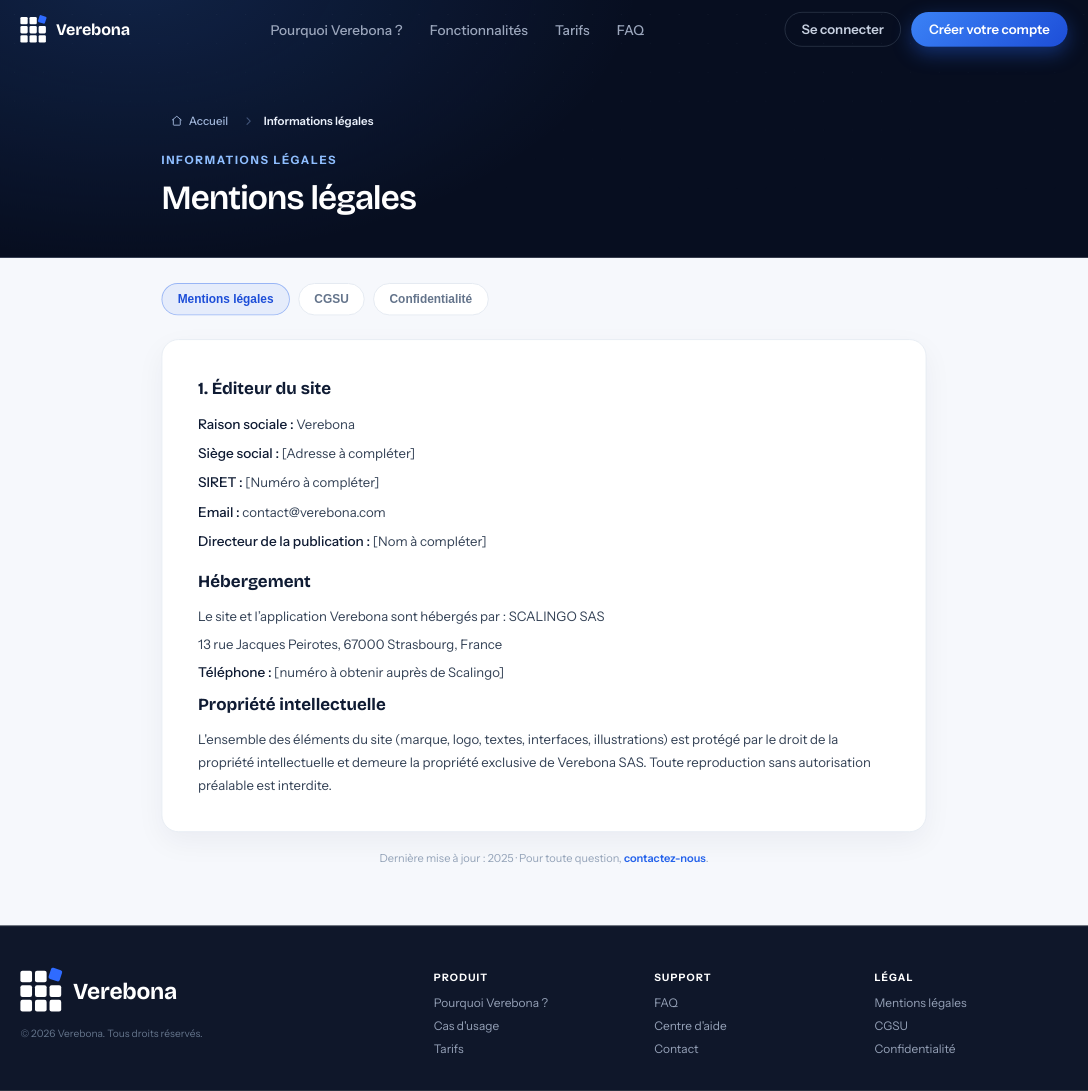
Repository: AdminVerebona/verebona-public
Page: /mentions-legales
An editor plug-in stored every save of this project. The page is shown before and after the next save, followed by the edit.
The browser window is 1280 px wide. The pictures show the whole page, at 85% of full size.
The project was rebuilt for these pictures with package versions that can differ from the ones it lists, and the page was loaded fresh each time. Also part of the build but not shown: next.config.mjs, vite.config.js, vite.config.ts, src/composables/useLanding.ts, src/sections/HeroSection.vue, src/sections/WhySection.vue, src/sections/UseCasesSection.vue, src/sections/FeaturesSection.vue and 6 more.

Above is the page before, as saved 2026-07-10 15:13:50.

### index.html
<!doctype html>
<html lang="fr">
  <head>
    <meta charset="UTF-8" />
    <meta name="viewport" content="width=device-width, initial-scale=1.0" />
    <title>Verebona — Centralisez, organisez, valorisez vos biens</title>
    <meta
      name="description"
      content="Verebona centralise vos biens, documents et échéances pour les retrouver facilement, anticiper les dates importantes et valoriser vos biens le moment venu."
    />
  </head>
  <body>
    <div id="app"></div>
    <script type="module" src="/src/main.ts"></script>
  </body>
</html>

### src/main.ts
import { createApp } from 'vue'
import App from './App.vue'
import router from './router'
import { vHover } from './directives/hover'
import './style.css'

createApp(App)
  .use(router)
  .directive('hover', vHover)
  .mount('#app')

### src/App.vue
<template>
  <div style="background:#070E20;color:#EAF0FB;overflow-x:hidden;min-height:100vh">
    <AppHeader />
    <router-view />
    <AppFooter />
  </div>
</template>

<script setup lang="ts">
import { onMounted, watch, nextTick } from 'vue'
import { useRoute } from 'vue-router'
import AppHeader from './components/AppHeader.vue'
import AppFooter from './components/AppFooter.vue'
import { useScrollReveal } from './composables/useScrollReveal'

const route = useRoute()
const { scan } = useScrollReveal()

onMounted(() => { scan() })

// Re-scan reveal targets whenever the route (page) changes.
watch(
  () => route.fullPath,
  () => { nextTick(() => setTimeout(scan, 60)) },
)
</script>

### src/router/index.ts
import { createRouter, createWebHistory } from 'vue-router'
import HomeView from '../views/HomeView.vue'

const routes = [
  { path: '/', name: 'home', component: HomeView },
  { path: '/aide', name: 'help', component: () => import('../views/HelpView.vue') },
  { path: '/contact', name: 'contact', component: () => import('../views/ContactView.vue') },
  { path: '/mentions-legales', name: 'legal-mentions', component: () => import('../views/LegalView.vue') },
  { path: '/cgu', name: 'legal-cgu', component: () => import('../views/LegalView.vue') },
  { path: '/confidentialite', name: 'legal-confid', component: () => import('../views/LegalView.vue') },
  { path: '/:pathMatch(.*)*', name: 'not-found', component: () => import('../views/NotFoundView.vue') },
]

const router = createRouter({
  history: createWebHistory(),
  routes,
  scrollBehavior(to) {
    if (to.hash) return { el: to.hash, behavior: 'smooth' }
    return { top: 0 }
  },
})

export default router

### src/directives/hover.ts
import type { Directive } from 'vue'

/**
 * v-hover — applies a set of inline styles while the pointer is over the
 * element, and restores the previous values on leave. Reproduces the
 * `style-hover` behaviour of the design prototype.
 *
 * Usage:  <a v-hover="{ color: '#fff', transform: 'translateY(-1px)' }">
 */
type HoverStyles = Record<string, string>

interface HoverEl extends HTMLElement {
  __hoverEnter?: () => void
  __hoverLeave?: () => void
}

export const vHover: Directive<HoverEl, HoverStyles> = {
  mounted(el, binding) {
    const styles = binding.value || {}
    const original: HoverStyles = {}

    const enter = () => {
      for (const key in styles) {
        original[key] = (el.style as any)[key]
        ;(el.style as any)[key] = styles[key]
      }
    }
    const leave = () => {
      for (const key in styles) {
        ;(el.style as any)[key] = original[key] || ''
      }
    }

    el.__hoverEnter = enter
    el.__hoverLeave = leave
    el.addEventListener('mouseenter', enter)
    el.addEventListener('mouseleave', leave)
  },
  unmounted(el) {
    if (el.__hoverEnter) el.removeEventListener('mouseenter', el.__hoverEnter)
    if (el.__hoverLeave) el.removeEventListener('mouseleave', el.__hoverLeave)
  },
}

### src/style.css
/* ============================================================
   Verebona — global styles
   Fonts, resets, scroll-reveal animation, responsive rules.
   All component-level styling is inline in the .vue templates
   (ported 1:1 from the validated design prototype).
   ============================================================ */

@import url('https://fonts.googleapis.com/css2?family=Bricolage+Grotesque:opsz,wght@12..96,400;12..96,500;12..96,600;12..96,700&family=Instrument+Sans:wght@400;500;600;700&family=Space+Mono:wght@400;700&display=swap');

* { box-sizing: border-box; }
html, body { margin: 0; padding: 0; }
body {
  font-family: 'Instrument Sans', system-ui, sans-serif;
  -webkit-font-smoothing: antialiased;
  background: #070E20;
}
h1, h2, h3, h4 { font-family: 'Bricolage Grotesque', sans-serif; margin: 0; }
p { margin: 0; }
a { text-decoration: none; color: inherit; }
a:hover { color: inherit; }

@keyframes vb-float { 0%, 100% { transform: translateY(0); } 50% { transform: translateY(-14px); } }
@keyframes vb-float-s { 0%, 100% { transform: translateY(0); } 50% { transform: translateY(-9px); } }
@keyframes vb-marquee { 0% { transform: translateX(0); } 100% { transform: translateX(-50%); } }

section[id] { scroll-margin-top: 82px; }

/* Scroll reveal */
.vb-reveal,
.vb-rgroup > * {
  transition: opacity .8s cubic-bezier(.16, 1, .3, 1), transform .8s cubic-bezier(.16, 1, .3, 1);
  will-change: opacity, transform;
}
.vb-anim .vb-reveal,
.vb-anim .vb-rgroup > * { opacity: 0; transform: translateY(40px) scale(.985); }
.vb-reveal.vb-in,
.vb-rgroup > .vb-in { opacity: 1 !important; transform: none !important; }
@media (prefers-reduced-motion: reduce) {
  .vb-reveal,
  .vb-rgroup > * { opacity: 1 !important; transform: none !important; transition: none !important; }
}

/* Responsive */
.r-burger, .r-mobile-menu { display: none; }
@media (max-width: 860px) {
  h1 { font-size: 37px !important; line-height: 1.08 !important; }
  h2 { font-size: 26px !important; line-height: 1.22 !important; }
  .r-nav, .r-hide-m, .r-dots, .r-browser { display: none !important; }
  .r-burger { display: inline-flex !important; }
  .r-mobile-menu { display: flex !important; }
  .r-hero, .r-2, .r-2b, .r-3, .r-4, .r-cta { grid-template-columns: 1fr !important; }
  .r-contact { grid-template-columns: 1fr !important; }
  .r-footer { grid-template-columns: 1fr 1fr !important; gap: 24px !important; }
  .r-mock { flex-direction: column !important; align-items: center !important; gap: 0 !important; }
  .r-uc { flex-direction: column !important; }
  .r-uc-panel { min-width: 0 !important; padding: 22px 20px !important; }
  .r-2 { grid-template-columns: 1fr !important; }
  .r-tri { grid-template-columns: 1fr !important; }
}

### src/composables/useScrollReveal.ts
/**
 * Scroll-reveal: adds `.vb-in` to `.vb-reveal` / `.vb-rgroup` elements as they
 * enter the viewport (staggering the children of a group). Ported from the
 * prototype's IntersectionObserver logic. Honours prefers-reduced-motion and
 * has a safety timeout so content is never left hidden.
 */
let io: IntersectionObserver | null = null

const reduce =
  typeof window !== 'undefined' &&
  !!window.matchMedia &&
  window.matchMedia('(prefers-reduced-motion: reduce)').matches

if (!reduce && typeof document !== 'undefined') {
  document.documentElement.classList.add('vb-anim')
}

function revealAll() {
  document.querySelectorAll('.vb-reveal').forEach((e) => e.classList.add('vb-in'))
  document.querySelectorAll('.vb-rgroup > *').forEach((e) => e.classList.add('vb-in'))
}

function ensureObserver() {
  if (io || reduce || typeof window === 'undefined' || !('IntersectionObserver' in window)) return
  io = new IntersectionObserver(
    (entries) => {
      entries.forEach((entry) => {
        if (!entry.isIntersecting) return
        const el = entry.target as HTMLElement
        io!.unobserve(el)
        if (el.classList.contains('vb-rgroup')) {
          Array.from(el.children).forEach((c, i) => {
            ;(c as HTMLElement).style.transitionDelay = i * 90 + 'ms'
            c.classList.add('vb-in')
          })
        } else {
          el.classList.add('vb-in')
        }
      })
    },
    { threshold: 0.12, rootMargin: '0px 0px -8% 0px' },
  )
}

export function useScrollReveal() {
  function scan() {
    if (reduce || typeof window === 'undefined' || !('IntersectionObserver' in window)) {
      revealAll()
      return
    }
    ensureObserver()
    document.querySelectorAll('.vb-reveal, .vb-rgroup').forEach((el) => io!.observe(el))
    // Safety net: never leave content hidden.
    window.setTimeout(revealAll, 2200)
  }
  return { scan }
}

### src/views/LegalView.vue
<template>
<section style="position:relative;padding:128px 24px 48px;overflow:hidden;background:radial-gradient(1000px 560px at 12% -10%,rgba(59,130,246,.18),transparent 60%),#070E20">
  <div style="position:absolute;inset:0;background-image:radial-gradient(rgba(148,163,184,.09) 1px,transparent 1px);background-size:34px 34px;-webkit-mask-image:linear-gradient(to bottom,#000,transparent 85%);mask-image:linear-gradient(to bottom,#000,transparent 85%);pointer-events:none"></div>
  <div style="max-width:900px;margin:0 auto;position:relative">
    <nav aria-label="Fil d'Ariane" style="margin-bottom:24px"><ol style="display:flex;align-items:center;gap:6px;list-style:none;margin:0;padding:0;font-size:13.5px"><li style="display:flex;align-items:center"><a href="#" @click.prevent="goHome" style="display:inline-flex;align-items:center;gap:7px;color:#9FB4D8;font-weight:500;padding:6px 11px;border-radius:9px;cursor:pointer;transition:color .15s,background .15s" v-hover="{color:'#fff',background:'rgba(255,255,255,.06)'}"><svg width="14" height="14" viewBox="0 0 24 24" fill="none" stroke="currentColor" stroke-width="1.9" stroke-linecap="round" stroke-linejoin="round"><path d="M3 10.5 12 3l9 7.5"/><path d="M5 9.5V20a1 1 0 0 0 1 1h12a1 1 0 0 0 1-1V9.5"/></svg>Accueil</a></li><li aria-hidden="true" style="display:flex;color:#42557A"><svg width="15" height="15" viewBox="0 0 24 24" fill="none" stroke="currentColor" stroke-width="2" stroke-linecap="round" stroke-linejoin="round"><path d="M9 6l6 6-6 6"/></svg></li><li aria-current="page" style="color:#EAF0FB;font-weight:600;padding:6px 4px">{{ crumbLabel }}</li></ol></nav>
    <div style="font-size:13.5px;letter-spacing:.15em;text-transform:uppercase;font-weight:800;color:#8FBEFF;margin-bottom:16px">Informations légales</div>
    <h1 style="font-size:40px;line-height:1.08;font-weight:600;letter-spacing:-.025em;color:#fff">{{ legalTitle }}</h1>
  </div>
</section>
<section style="background:#F6F8FC;padding:30px 24px 72px">
  <div style="max-width:900px;margin:0 auto">
    <div style="display:flex;flex-wrap:wrap;gap:10px;margin-bottom:28px">
      <button type="button" :style="legalMentionsStyle" @click.prevent="goMentions">Mentions légales</button>
      <button type="button" :style="legalCGUStyle" @click.prevent="goCGU">CGSU</button>
      <button type="button" :style="legalConfidStyle" @click.prevent="goConfid">Confidentialité</button>
    </div>
    <div style="background:#fff;border:1px solid #E6EBF3;border-radius:20px;padding:40px 42px;box-shadow:0 12px 34px rgba(15,27,51,.05)">
      <template v-if="isMentions">
        <div style="font-size:15.5px;line-height:1.75;color:#334155">
          <h2 style="font-size:20px;font-weight:700;color:#0F1B33;font-family:'Bricolage Grotesque',sans-serif;margin:0 0 10px">1. Éditeur du site</h2>
          <p style="margin:0 0 6px"><span style="font-size:16px;font-weight:500;color:#0F1B33">Raison sociale :</span> Verebona</p>
          <p style="margin:0 0 6px"><span style="font-size:16px;font-weight:500;color:#0F1B33">Siège social :</span> [Adresse à compléter]</p>
          <p style="margin:0 0 6px"><span style="font-size:16px;font-weight:500;color:#0F1B33">SIRET :</span> [Numéro à compléter]</p>
          <p style="margin:0 0 6px"><span style="font-size:16px;font-weight:500;color:#0F1B33">Email :</span> contact@verebona.com</p>
          <p style="margin:0 0 16px"><span style="font-size:16px;font-weight:500;color:#0F1B33">Directeur de la publication :</span> [Nom à compléter]</p>
          <h2 style="font-size:20px;font-weight:700;color:#0F1B33;font-family:'Bricolage Grotesque',sans-serif;margin:0 0 10px">Hébergement</h2>
          <p style="margin:0 0 6px">Le site et l’application Verebona sont hébergés par : SCALINGO SAS</p>

<p style="margin:0 0 6px">13 rue Jacques Peirotes, 67000 Strasbourg, France</p>

<p style="margin:0 0 6px"><span style="font-size:16px;font-weight:500;color:#0F1B33">Téléphone :</span> [numéro à obtenir auprès de Scalingo]</p>
          <h2 style="font-size:20px;font-weight:700;color:#0F1B33;font-family:'Bricolage Grotesque',sans-serif;margin:0 0 10px">Propriété intellectuelle</h2>
          <p style="margin:0">L'ensemble des éléments du site (marque, logo, textes, interfaces, illustrations) est protégé par le droit de la propriété intellectuelle et demeure la propriété exclusive de Verebona SAS. Toute reproduction sans autorisation préalable est interdite.</p>
        </div>
      </template>
      <template v-if="isCGU">
        <div style="font-size:15.5px;line-height:1.75;color:#334155">
          <h2 style="font-size:20px;font-weight:700;color:#0F1B33;font-family:'Bricolage Grotesque',sans-serif;margin:0 0 10px">1. Objet</h2>
          <p style="margin:0 0 22px">Les présentes conditions générales de service et d'utilisation (CGSU) définissent les modalités d'accès et d'utilisation de la plateforme Verebona, service de centralisation et d'organisation documentaire du patrimoine.</p>
          <h2 style="font-size:20px;font-weight:700;color:#0F1B33;font-family:'Bricolage Grotesque',sans-serif;margin:0 0 10px">2. Compte et abonnement</h2>
          <p style="margin:0 0 22px">L'accès au service nécessite la création d'un compte et la souscription d'une offre. L'utilisateur s'engage à fournir des informations exactes et à préserver la confidentialité de ses identifiants.</p>
          <h2 style="font-size:20px;font-weight:700;color:#0F1B33;font-family:'Bricolage Grotesque',sans-serif;margin:0 0 10px">3. Nature du service</h2>
          <p style="margin:0 0 22px">Verebona est une plateforme d'organisation. Les documents importés ne sont ni certifiés, ni validés, ni garantis juridiquement. L'utilisateur reste seul responsable de l'exactitude des informations qu'il enregistre.</p>
          <h2 style="font-size:20px;font-weight:700;color:#0F1B33;font-family:'Bricolage Grotesque',sans-serif;margin:0 0 10px">4. Responsabilités</h2>
          <p style="margin:0 0 22px">Verebona met en œuvre les moyens raisonnables pour assurer la disponibilité et la sécurité du service, sans obligation de résultat concernant une disponibilité ininterrompue.</p>
          <h2 style="font-size:20px;font-weight:700;color:#0F1B33;font-family:'Bricolage Grotesque',sans-serif;margin:0 0 10px">5. Résiliation</h2>
          <p style="margin:0">L'utilisateur peut résilier son abonnement à tout moment. Des modalités de récupération des données sont prévues afin d'éviter tout verrouillage à la fin du contrat.</p>
        </div>
      </template>
      <template v-if="isConfid">
        <div style="font-size:15.5px;line-height:1.75;color:#334155">
          <h2 style="font-size:20px;font-weight:700;color:#0F1B33;font-family:'Bricolage Grotesque',sans-serif;margin:0 0 10px">Données collectées</h2>
          <p style="margin:0 0 22px">Verebona collecte les données nécessaires au fonctionnement du service : informations de compte, contenus importés (fiches de biens, documents) et données d'usage strictement utiles à l'amélioration du service.</p>
          <h2 style="font-size:20px;font-weight:700;color:#0F1B33;font-family:'Bricolage Grotesque',sans-serif;margin:0 0 10px">Finalités</h2>
          <p style="margin:0 0 22px">Les données sont traitées pour fournir le service, assurer la sécurité, et répondre aux obligations légales. Elles ne sont jamais cédées à des tiers à des fins commerciales.</p>
          <h2 style="font-size:20px;font-weight:700;color:#0F1B33;font-family:'Bricolage Grotesque',sans-serif;margin:0 0 10px">Sécurité</h2>
          <p style="margin:0 0 22px">Vos données sont chiffrées lors du stockage et des échanges, et hébergées sur une infrastructure sécurisée au sein de l'Union européenne.</p>
          <h2 style="font-size:20px;font-weight:700;color:#0F1B33;font-family:'Bricolage Grotesque',sans-serif;margin:0 0 10px">Vos droits</h2>
          <p style="margin:0">Conformément au RGPD, vous disposez d'un droit d'accès, de rectification, de portabilité et de suppression de vos données. Pour exercer ces droits, écrivez à contact@verebona.com.</p>
        </div>
      </template>
    </div>
    <p style="font-size:13px;color:#94A3B8;margin-top:22px;text-align:center">Dernière mise à jour : 2025 · Pour toute question, <a href="#" @click.prevent="goContact" style="color:#2563EB;font-weight:600">contactez-nous</a>.</p>
  </div>
</section>
</template>

<script setup lang="ts">
import { useLegal } from '../composables/useLegal'
import { useNav } from '../composables/useNav'
const { isMentions, isCGU, isConfid, legalTitle, legalMentionsStyle, legalCGUStyle, legalConfidStyle, crumbLabel } = useLegal()
const { goHome, goContact, goMentions, goCGU, goConfid } = useNav()
</script>

### src/composables/useNav.ts
import { ref, computed, nextTick } from 'vue'
import { useRouter, useRoute } from 'vue-router'

// Shared across header + footer + mobile menu.
const menuOpen = ref(false)

/**
 * useNav — header/footer navigation. Page links use vue-router; the four
 * in-page section links (Pourquoi / Fonctionnalités / Tarifs / FAQ) route to
 * home first if needed, then smooth-scroll to the anchor.
 */
export function useNav() {
  const router = useRouter()
  const route = useRoute()

  const toggleMenu = () => { menuOpen.value = !menuOpen.value }
  const closeMenu = () => { menuOpen.value = false }

  function scrollToId(id: string) {
    const el = document.getElementById(id)
    if (el && el.scrollIntoView) {
      try { el.scrollIntoView({ behavior: 'smooth', block: 'start' }) } catch { /* noop */ }
    }
  }
  function goToAnchor(id: string) {
    closeMenu()
    if (route.path !== '/') {
      router.push('/').then(() => nextTick(() => setTimeout(() => scrollToId(id), 80)))
    } else {
      scrollToId(id)
    }
  }

  const goHome = () => { closeMenu(); router.push('/') }
  const goAide = () => { closeMenu(); router.push('/aide') }
  const goContact = () => { closeMenu(); router.push('/contact') }
  const goMentions = () => { closeMenu(); router.push('/mentions-legales') }
  const goCGU = () => { closeMenu(); router.push('/cgu') }
  const goConfid = () => { closeMenu(); router.push('/confidentialite') }

  const navPourquoi = () => goToAnchor('pourquoi')
  const navFeatures = () => goToAnchor('features')
  const navPricing = () => goToAnchor('pricing')
  const navFaq = () => goToAnchor('faq')
  const navCasUsage = () => goToAnchor('cas-usage')

  const burgerBase = 'display:block;width:20px;height:2px;border-radius:2px;background:#fff;transition:transform .25s,opacity .25s;'
  const burgerTop = computed(() => burgerBase + 'transform:' + (menuOpen.value ? 'translateY(6px) rotate(45deg)' : 'none'))
  const burgerMid = computed(() => burgerBase + 'opacity:' + (menuOpen.value ? '0' : '1'))
  const burgerBot = computed(() => burgerBase + 'transform:' + (menuOpen.value ? 'translateY(-6px) rotate(-45deg)' : 'none'))

  return {
    menuOpen, toggleMenu, closeMenu,
    goHome, goAide, goContact, goMentions, goCGU, goConfid,
    navPourquoi, navFeatures, navPricing, navFaq, navCasUsage,
    burgerTop, burgerMid, burgerBot,
  }
}

### src/composables/useLegal.ts
import { computed } from 'vue'
import { useRoute } from 'vue-router'

/**
 * Legal page — a single view with three tabs (mentions / cgu / confid),
 * each mapped to its own route so they are independently linkable & indexable:
 *   /mentions-legales   /cgu   /confidentialite
 */
export function useLegal() {
  const route = useRoute()

  const tab = computed<'mentions' | 'cgu' | 'confid'>(() => {
    if (route.path.includes('cgu')) return 'cgu'
    if (route.path.includes('confidentialite')) return 'confid'
    return 'mentions'
  })

  const isMentions = computed(() => tab.value === 'mentions')
  const isCGU = computed(() => tab.value === 'cgu')
  const isConfid = computed(() => tab.value === 'confid')

  const legalTitle = computed(() =>
    tab.value === 'cgu'
      ? "Conditions générales de service et d'utilisation"
      : tab.value === 'confid'
        ? 'Politique de confidentialité'
        : 'Mentions légales',
  )

  const tabStyle = (a: boolean) =>
    `padding:10px 18px;border-radius:999px;font-size:14px;font-weight:600;cursor:pointer;border:1px solid ${a ? 'rgba(37,99,235,.4)' : '#E2E8F0'};background:${a ? 'rgba(37,99,235,.08)' : '#fff'};color:${a ? '#1D4ED8' : '#64748B'};transition:all .15s`

  const legalMentionsStyle = computed(() => tabStyle(isMentions.value))
  const legalCGUStyle = computed(() => tabStyle(isCGU.value))
  const legalConfidStyle = computed(() => tabStyle(isConfid.value))

  return {
    isMentions, isCGU, isConfid, legalTitle,
    legalMentionsStyle, legalCGUStyle, legalConfidStyle,
    crumbLabel: 'Informations légales',
  }
}

Loaded but not shown: src/components/AppHeader.vue (68 lines, source omitted); src/components/AppFooter.vue (21 lines, source omitted)

After the next save:
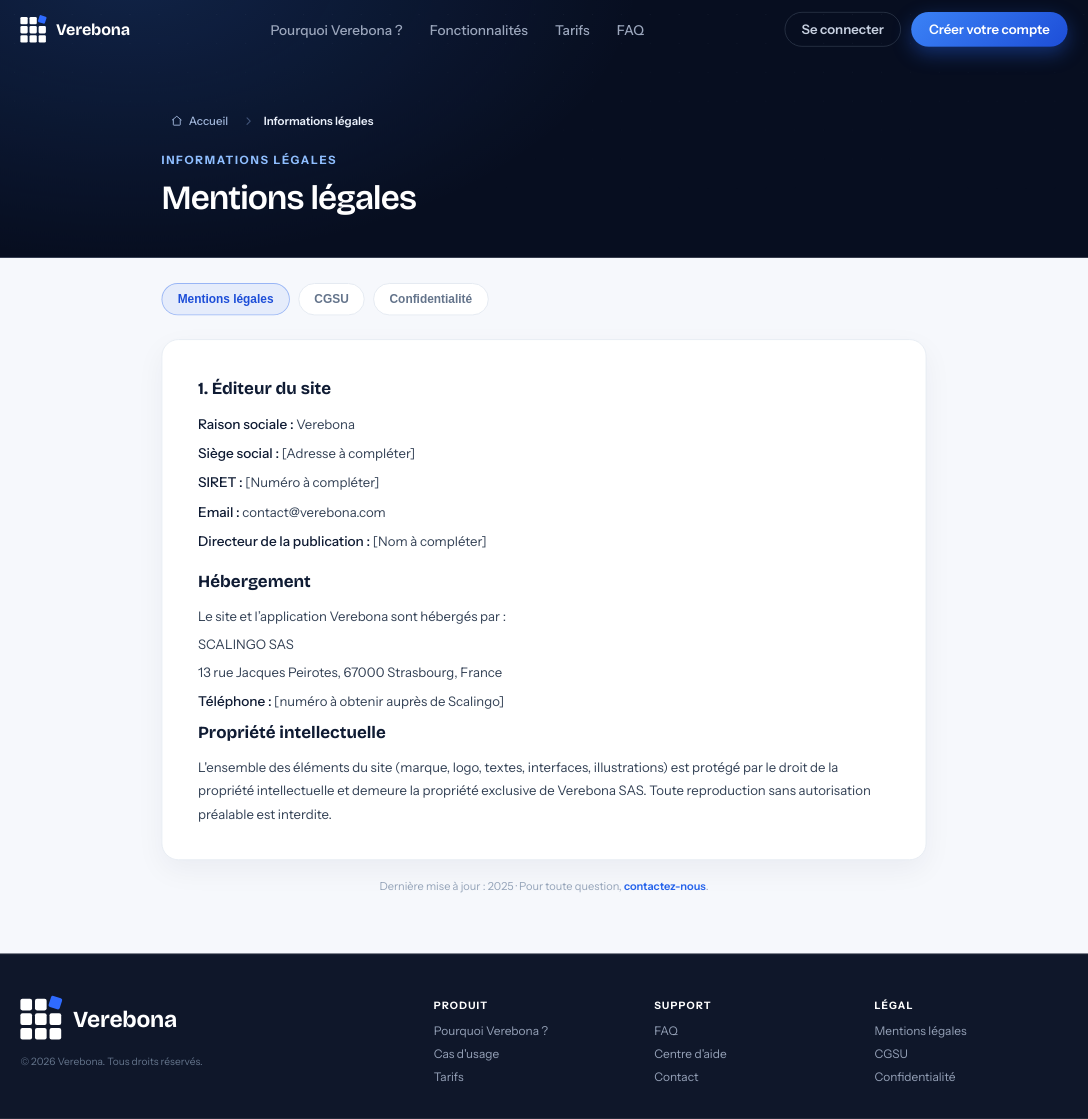
Saved 26 s later.
--- a/src/views/LegalView.vue
+++ b/src/views/LegalView.vue
@@ -24,7 +24,8 @@
           <p style="margin:0 0 6px"><span style="font-size:16px;font-weight:500;color:#0F1B33">Email :</span> contact@verebona.com</p>
           <p style="margin:0 0 16px"><span style="font-size:16px;font-weight:500;color:#0F1B33">Directeur de la publication :</span> [Nom à compléter]</p>
           <h2 style="font-size:20px;font-weight:700;color:#0F1B33;font-family:'Bricolage Grotesque',sans-serif;margin:0 0 10px">Hébergement</h2>
-          <p style="margin:0 0 6px">Le site et l’application Verebona sont hébergés par : SCALINGO SAS</p>
+          <p style="margin:0 0 6px">Le site et l’application Verebona sont hébergés par : </p>
+          <p style="margin:0 0 6px">SCALINGO SAS</p>
 
 <p style="margin:0 0 6px">13 rue Jacques Peirotes, 67000 Strasbourg, France</p>
 
